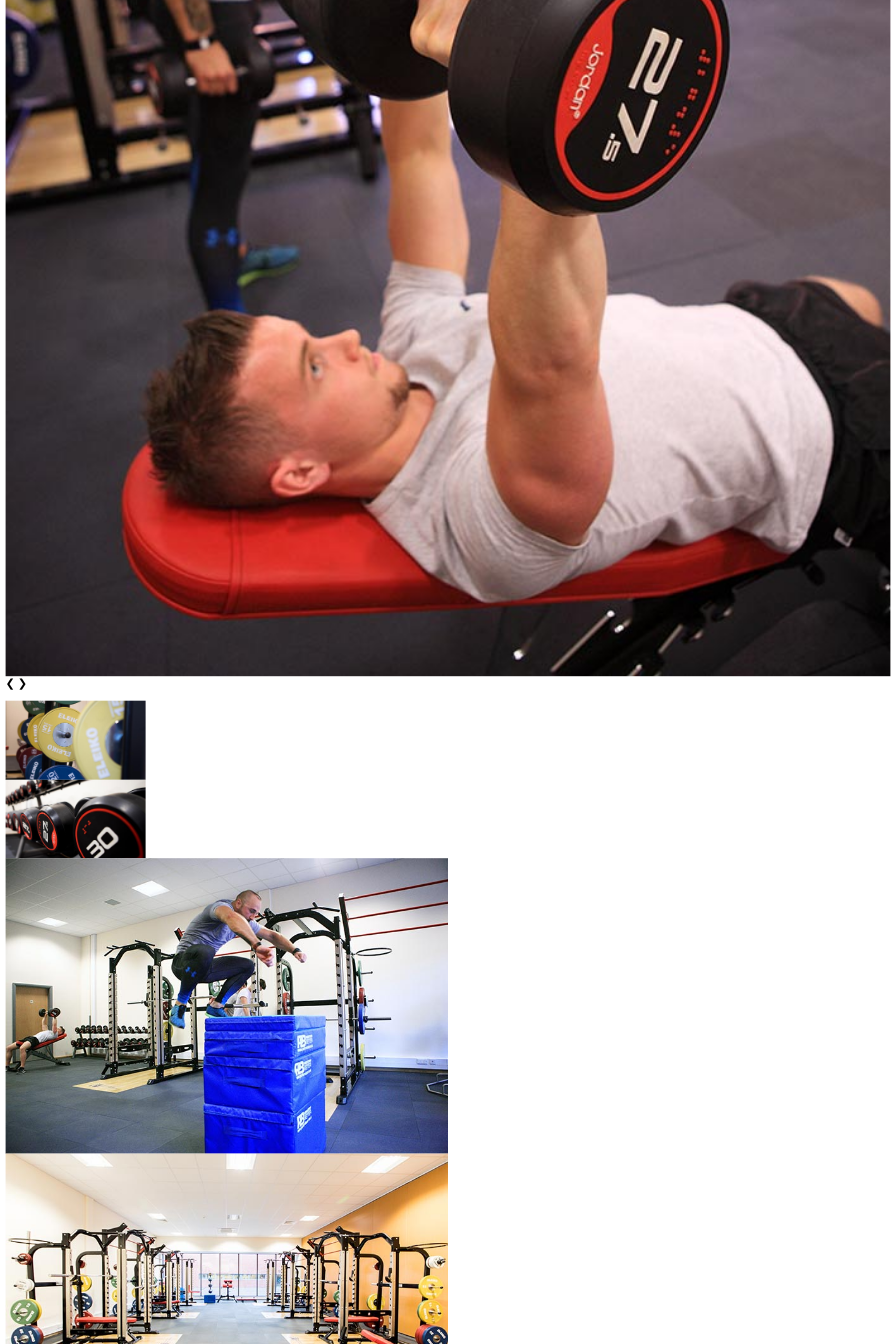
Repository: chrisbialy/academy
Page: http://localhost/View/strength.php
The author's editor kept a record of every edit. The page is drawn from the files as they stood at one moment, then again after the next edit.
The browser window is 1280 px wide. The pictures show the part of the page from y = 4580 to 6500 px (the page is 7558 px tall before and 7269 px after), at 70% of full size.
The page is run by PHP 8.4 with error messages shown; the project is at /var/www/html/.

Above is the page before.
Console error: ReferenceError: $ is not defined

### View/strength.php
<?php
/**
 *  Created by Antoine
 *  Modified by Antoine the 28/02/17
 */
 ?>
 <div class="row">
    <div class="col-lg-12">
        <h1 class="text-center">
            Strength and Conditioning
        </h1>
        <div class="col-md-10 col-md-offset-1">
            <div class="row">
                <div class="col-md-12">
                    Our Strength and conditioning suite has 6 full Olympic standard power racks,
                    complimented with Olympic bars for all users and 2 full sets of collaborated
                    Elieko discs and 4 training sets, lateral pull down machine, leg press, glute-ham
                    bench, plyometric boxes and dumbbell rack. The racks also have access to pull up
                    bars at the front and between racks. The suite has been designed for easy access
                    for wheelchairs with dura-flex flooring laid to be flush with all platforms areas.
                </div>
            </div></br>
            <h3 class="text-center"> Our gallery</h3>
            <div class="row">
                <div class="col-md-12">
                    <div class="row2">
                        <div class="col-md-1"></div>
                        <div class="col-md-2">
                            <div class="column">
                                <img src="Images/snc01.jpg" style="width:130px" onclick="openModal();currentSlide(1)" class="hover-shadow cursor">
                            </div>
                        </div>
                        <div class="col-md-2">
                            <div class="column">
                                <img src="Images/snc02.jpg" style="width:130px" onclick="openModal();currentSlide(2)" class="hover-shadow cursor">
                            </div>
                        </div>
                        <div class="col-md-2">
                            <div class="column">
                                <img src="Images/snc03.jpg" style="width:130px;height:73.6px" onclick="openModal();currentSlide(3)" class="hover-shadow cursor">
                            </div>
                        </div>
                        <div class="col-md-2">
                            <div class="column">
                                <img src="Images/snc04.jpg" style="width:130px" onclick="openModal();currentSlide(4)" class="hover-shadow cursor">
                            </div>
                        </div>
                        <div class="col-md-2">
                            <div class="column">
                                <img src="Images/snc05.jpg" style="height:73.6px" onclick="openModal();currentSlide(5)" class="hover-shadow cursor">
                            </div>
                        </div>
                    </div>
                </div>
            </div>
            <div id="myModal" class="modal2">
              <span class="close cursor" onclick="closeModal()">&times;</span>
              <div class="modal-content2">

                <div class="mySlides">
                  <div class="numbertext">1 / 5</div>
                  <img src="Images/snc01.jpg" style="width:100%">
                </div>

                <div class="mySlides">
                  <div class="numbertext">2 / 5</div>
                  <img src="Images/snc02.jpg" style="width:100%">
                </div>

                <div class="mySlides">
                  <div class="numbertext">3 / 5</div>
                  <img src="Images/snc03.jpg" style="width:100%">
                </div>

                <div class="mySlides">
                  <div class="numbertext">4 / 5</div>
                  <img src="Images/snc04.jpg" style="width:100%">
                </div>

                <div class="mySlides">
                  <div class="numbertext">5 / 5</div>
                  <img src="Images/snc05.jpg" style="width:100%">
                </div>

                <a class="prev" onclick="plusSlides(-1)">&#10094;</a>
                <a class="next" onclick="plusSlides(1)">&#10095;</a>

                <div class="caption-container">
                  <p id="caption"></p>
                </div>

                <div class="col-md-2">
                    <div class="column">
                      <img class="demo cursor" src="Images/snc01.jpg" style="width:200px" onclick="currentSlide(1)" alt="Strength and Conditioning">
                    </div>
                </div>
                <div class="col-md-2">
                    <div class="column">
                      <img class="demo cursor" src="Images/snc02.jpg" style="width:200px" onclick="currentSlide(2)" alt="Strength and Conditioning">
                    </div>
                </div>
                <div class="col-md-2">
                    <div class="column">
                      <img class="demo cursor" src="Images/snc03.jpg" style="width:50%" onclick="currentSlide(3)" alt="Strength and Conditioning">
                    </div>
                </div>
                <div class="col-md-2">
                <div class="column">
                  <img class="demo cursor" src="Images/snc04.jpg" style="width:50%" onclick="currentSlide(4)" alt="Strength and Conditioning">
                </div>
                <div class="column">
                  <img class="demo cursor" src="Images/snc05.jpg" style="width:50%" onclick="currentSlide(5)" alt="Strength and Conditioning">
                </div>
              </div>
            </div>
        </div>
    </div>
</div></br>

<script type="text/javascript">
    // code jquery to active or remove css class in the menu bar
    $('#home').removeClass('active');
    $('#gym').removeClass('active');
    $('#fitness').removeClass('active');
    $('#sportsHall').removeClass('active');
    $('#climbingCenter').removeClass('active');
    $('#beauty').removeClass('active');
    $('#register').removeClass('active');
    $('#login').removeClass('active');
    $('#sac').addClass('active');
</script>

After the next edit:
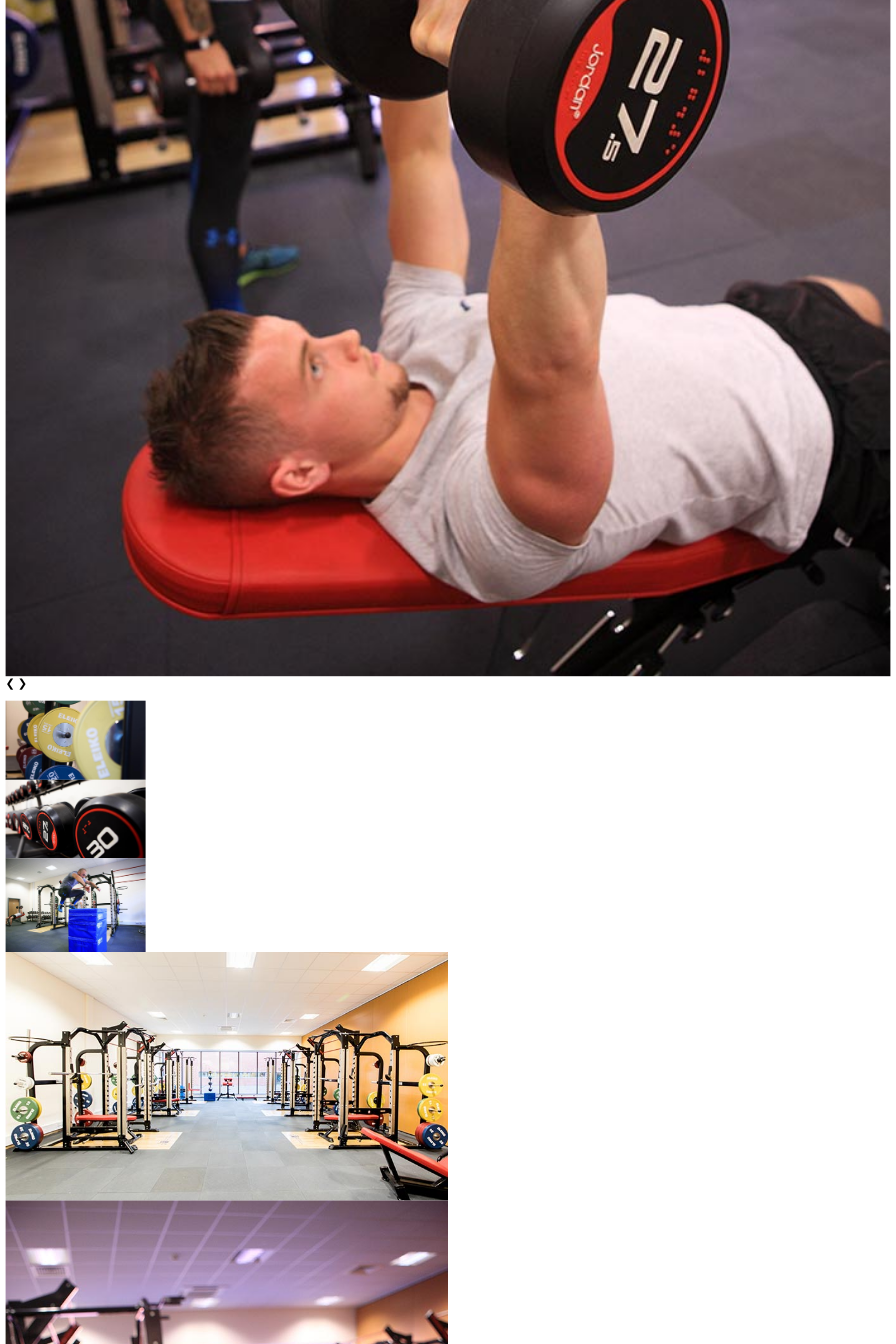
The edit:
--- a/View/strength.php
+++ b/View/strength.php
@@ -101,7 +101,7 @@
                 </div>
                 <div class="col-md-2">
                     <div class="column">
-                      <img class="demo cursor" src="Images/snc03.jpg" style="width:50%" onclick="currentSlide(3)" alt="Strength and Conditioning">
+                      <img class="demo cursor" src="Images/snc03.jpg" style="width:200px" onclick="currentSlide(3)" alt="Strength and Conditioning">
                     </div>
                 </div>
                 <div class="col-md-2">
